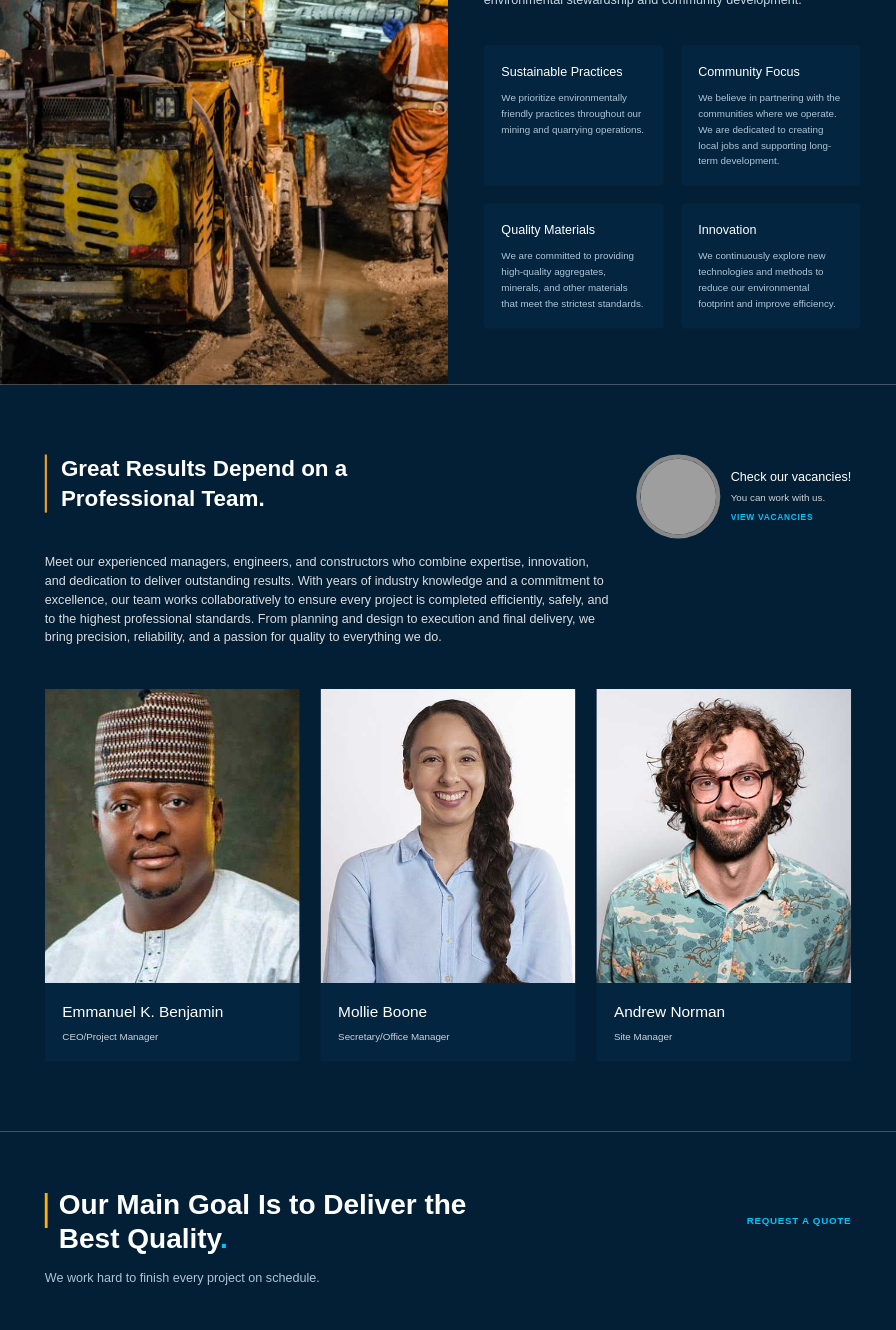
Repository: KC-Minchakpu/promise-earth
Page: /
An editor plug-in stored every save of this project. The page is shown before and after the next save, followed by the edit.
The browser window is 1280 px wide. The pictures show the part of the page from y = 2825 to 4725 px (the page is 5435 px tall before and 5516 px after), at 70% of full size.
Pictures or frames that could not be fetched are drawn as grey boxes. The project was rebuilt for these pictures with package versions that can differ from the ones it lists, and the page was loaded fresh each time. The framework's server and built-in components were replaced by stand-ins that run in the browser. Also part of the build but not shown: next.config.ts.

Above is the page before, as saved 2026-02-26 17:48:00.

After the next save:
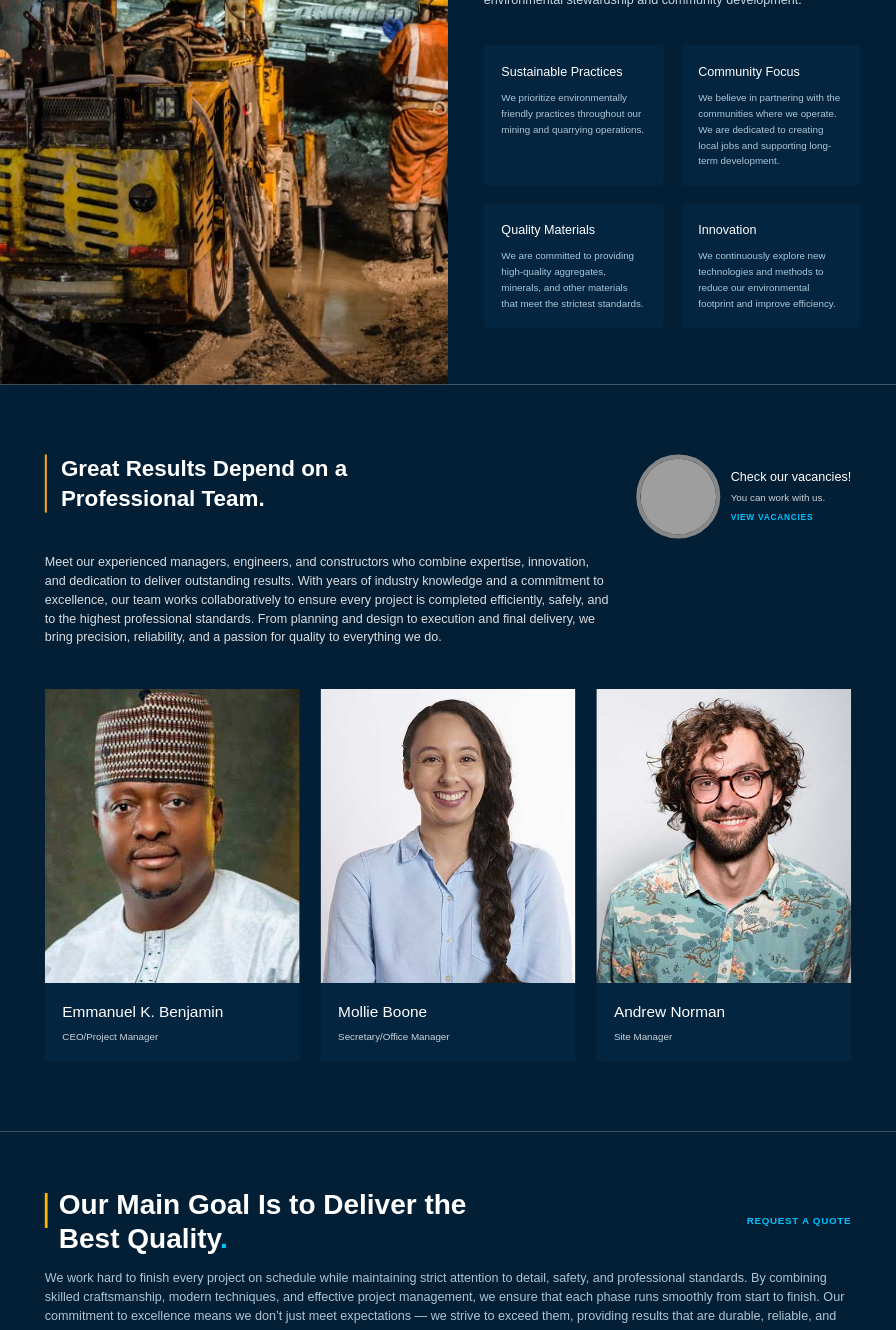
Saved 73 s later.
--- a/src/components/OurGoal/OurGoal.tsx
+++ b/src/components/OurGoal/OurGoal.tsx
@@ -66,7 +66,7 @@ export default function OurGoal() {
       </div>
 
       <p className={styles.subtitle}>
-        We work hard to finish every project on schedule.
+       We work hard to finish every project on schedule while maintaining strict attention to detail, safety, and professional standards. By combining skilled craftsmanship, modern techniques, and effective project management, we ensure that each phase runs smoothly from start to finish. Our commitment to excellence means we don’t just meet expectations — we strive to exceed them, providing results that are durable, reliable, and built to stand the test of time.
       </p>
 
       <div className={styles.grid}>
